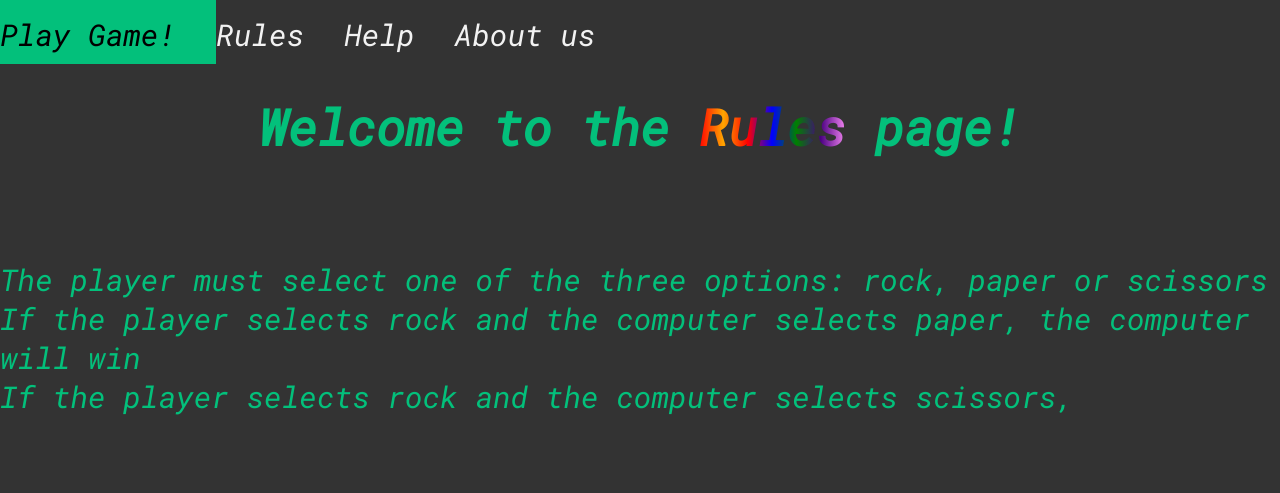
Repository: Ascendrospyder/rock-paper-scissors
Page: rulesPage.html
An editor plug-in stored every save of this project. The page is shown before and after a run of saves, followed by the edit.
The browser window is 1280 px wide. The pictures show the whole page.

Above is the page before, as saved 2022-12-26 12:59:58.

### rulesPage.html
<!DOCTYPE html>
<html lang="en">
  <head>
    <meta charset="UTF-8" />
    <meta http-equiv="X-UA-Compatible" content="IE=edge" />
    <meta name="viewport" content="width=device-width, initial-scale=1.0" />
    <title>Rules</title>
    <link rel="preconnect" href="https://fonts.googleapis.com" />
    <link rel="preconnect" href="https://fonts.gstatic.com" crossorigin />
    <link
      href="https://fonts.googleapis.com/css2?family=Roboto+Mono:ital@1&display=swap"
      rel="stylesheet"
    />
    <link rel="stylesheet" href="./css/style.css" />
    <link rel="stylesheet" href="./css/navbar.css" />
    <link rel="stylesheet" href="css/rules.css" />
  </head>
  <body>
    <nav>
      <div class="nav-bar">
        <a class="play-game" href="app.html">Play Game!</a>
        <a class="game-rules" href="rulesPage.html">Rules</a>
        <a class="help" href="helpPage.html">Help</a>
        <a class="about" href="aboutPage.html">About us</a>
      </div>
    </nav>

    <div class="rules-title">
      <h1 class="heading">
        Welcome to the <span class="multicoloured-text">Rules</span> page!
      </h1>
    </div>

    <div class="rules-list">
      <ol class="prompt-message">
        <li>The player must select one of the three options: rock, paper or scissors</li>
        <li>If the player selects rock and the computer selects paper, the computer will win</li>
        <li>If the player selects rock and the computer selects scissors,</li>
      </ol>
    </div>
  </body>
</html>

### css/style.css
/* The following code will remove the whitespace at the top of the browser */
* {
  margin: 0;
  padding: 0;
  border: 0;
  outline: 0;
  font-size: 100%;
  vertical-align: baseline;
  background: transparent;
}

body {
  background-color: #333;
}

.title {
  display: flex;
  justify-content: center;
  align-items: center;
  margin-bottom: 300px;
}

.heading {
  font-size: 50px;
  color : #03c07b;
  font-family: 'Roboto Mono', monospace;
}

.multicoloured-text {
  background-image: linear-gradient(to left, violet, indigo, green, blue, red, orange, red);
  -webkit-background-clip: text;
  -moz-background-clip: text;
  background-clip: text;
  color: transparent;
}

.prompt {
  /* border : 2px solid black;  */
  display : flex;
  justify-content: flex-start;
  margin-bottom: 20px;
}

.prompt-message {
  font-size: 30px;
  color : #03c07b;
  font-family: 'Roboto Mono', monospace;
}
.results {
  border: 5px solid rgb(40, 40, 40);
  flex-wrap: wrap;
  display : flex;
  justify-content: space-between;
  margin-bottom: 15px;
}


.results > button {
  flex : 1 1 0;
  background-color: #333;
  color: white;
  font-size: 30px;
  font-family: 'Roboto Mono', monospace;
  transition: background-color 0.3s;
}

button {
  padding-top: 40px;
  padding-bottom: 40px;
}

button:hover {
  background-color: #03c07b;
  color: black;
}

### css/navbar.css
.nav-bar {
  /* border : 10px solid black;  */
  background-color : #333;
  overflow: hidden;
  margin-bottom: 30px;
  /* padding-left: 20px; */
}

.nav-bar a {
  font-family: 'Roboto Mono', monospace;
  text-decoration: none;
  float : left;
  color : #f2f2f2;
  text-align: center;
  font-size: 30px;
  padding-right: 40px;
  padding-top: 15px;
  padding-bottom: 10px;
  transition: background-color 0.8s;
}

.nav-bar a:hover {
  background-color: #03c07b;
  color: black;
}

.nav-bar a:active {
  background-color: #03c07b;
  color : white;
}

### css/rules.css
.rules-title {
    display: flex;
    justify-content: center;
    align-items: center;
    margin-bottom: 100px;
}

.rules-list {
    display : flex;
    justify-content: center;
    align-items : flex-start;
}

After the next 2 saves:
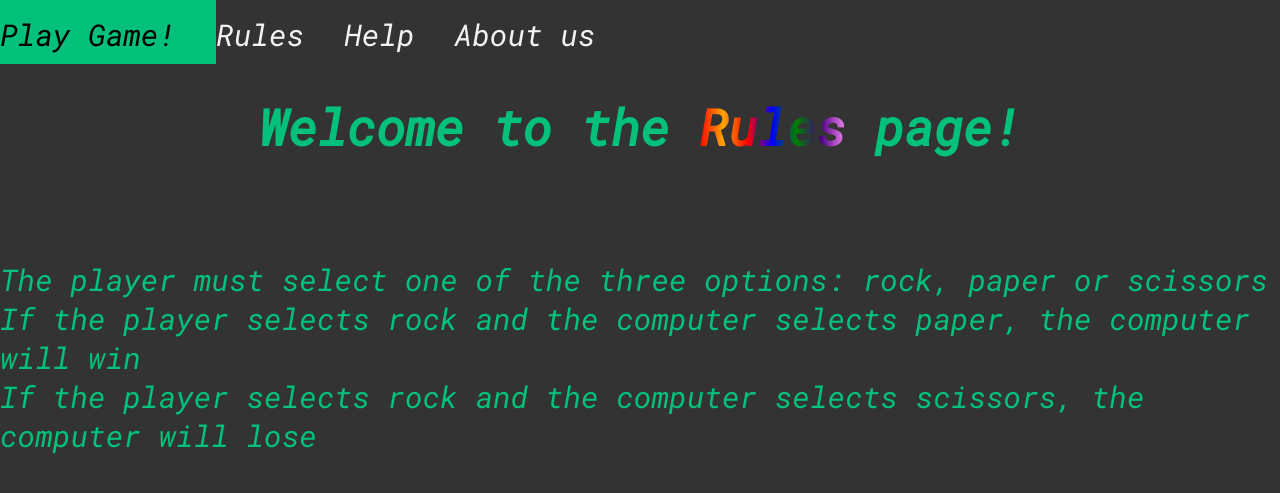
The 2 saves are shown as one change because they came seconds apart.
The last was saved 6 s later.
--- a/rulesPage.html
+++ b/rulesPage.html
@@ -35,7 +35,8 @@
       <ol class="prompt-message">
         <li>The player must select one of the three options: rock, paper or scissors</li>
         <li>If the player selects rock and the computer selects paper, the computer will win</li>
-        <li>If the player selects rock and the computer selects scissors,</li>
+        <li>If the player selects rock and the computer selects scissors, the computer will lose</li>
+
       </ol>
     </div>
   </body>
